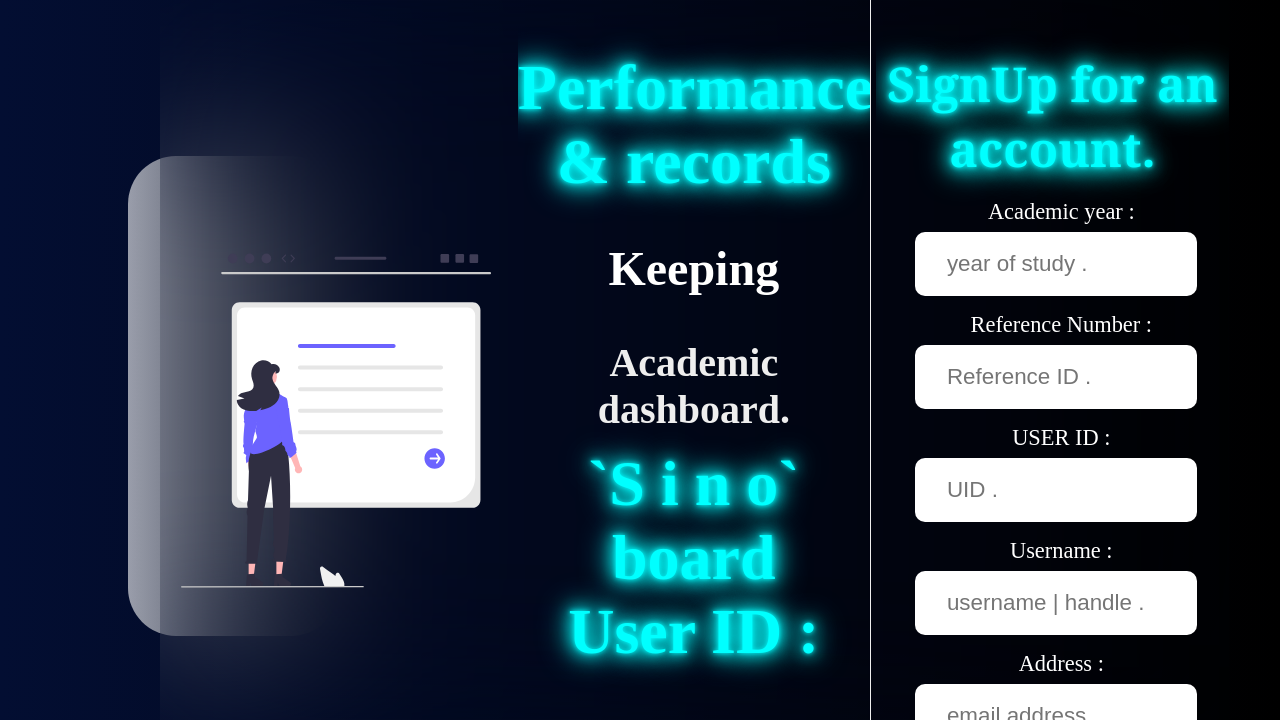
Repository: 3x3cu7er/Shax_001
Page: http://localhost/
These files come from the project's save history. The page is drawn as it stood at one moment and after a run of saves; the edit follows.
The browser window is 1280 px wide. The pictures show the whole page.
The page is served by the project's application, run on Django 4.2 (manage.py).

Above is the page before, as saved 2024-01-19 19:07:43.

After the next 2 saves:
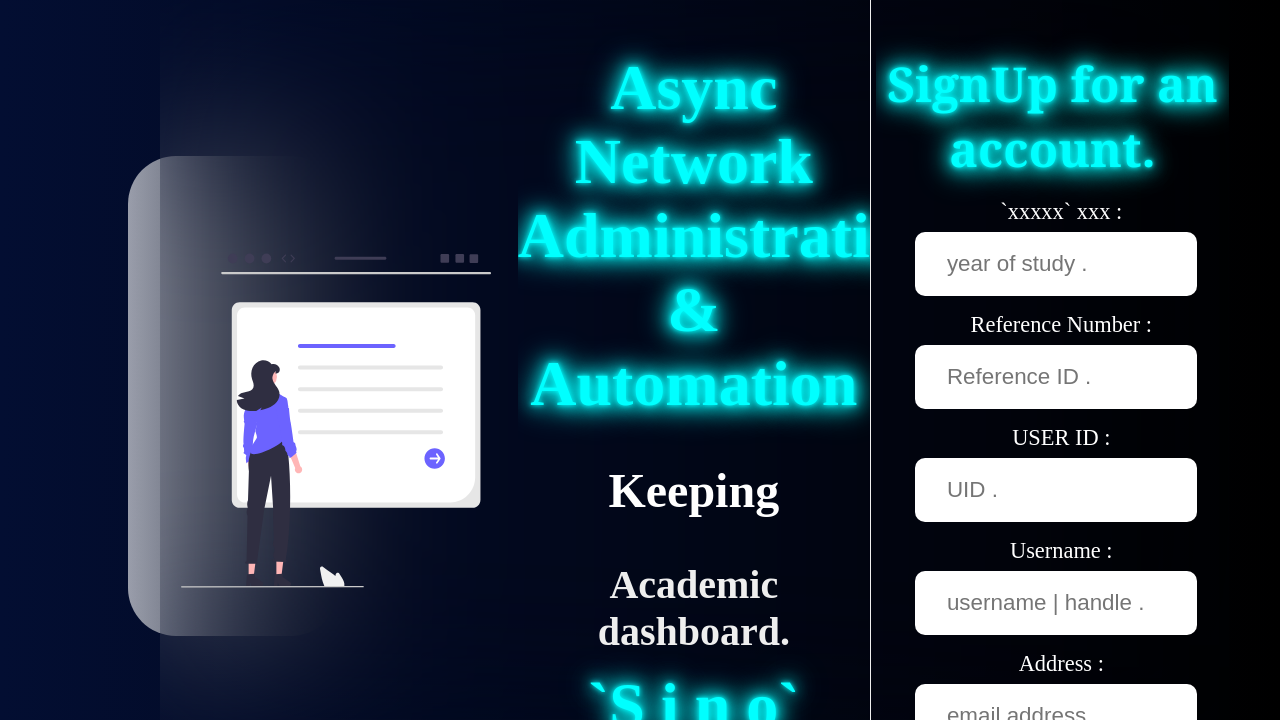
The 2 saves are shown as one change because 1 did not build or start.
The last was saved 5 min 23 s later.
--- a/_3x3c47er_Sino_sys/template/xhome.html
+++ b/_3x3c47er_Sino_sys/template/xhome.html
@@ -18,7 +18,7 @@
             <img src="/static/css/icons/course1.svg" alt="" />
           </div>
           <div class="welcome">
-            <h1>Performance & records</h1>
+            <h1>Async Network Administrating & Automation</h1>
             <h2>Keeping</h2>
             <h3>Academic dashboard.</h3>
             <h1>`S i n o` board</h1>
@@ -31,7 +31,7 @@
               <form action="" method="post">
                 {% csrf_token%}
                 <div class="formItem">
-                  <label for="">Academic year :</label>
+                  <label for="">`xxxxx` xxx :</label>
                   <input
                     type="text"
                     name="level"
